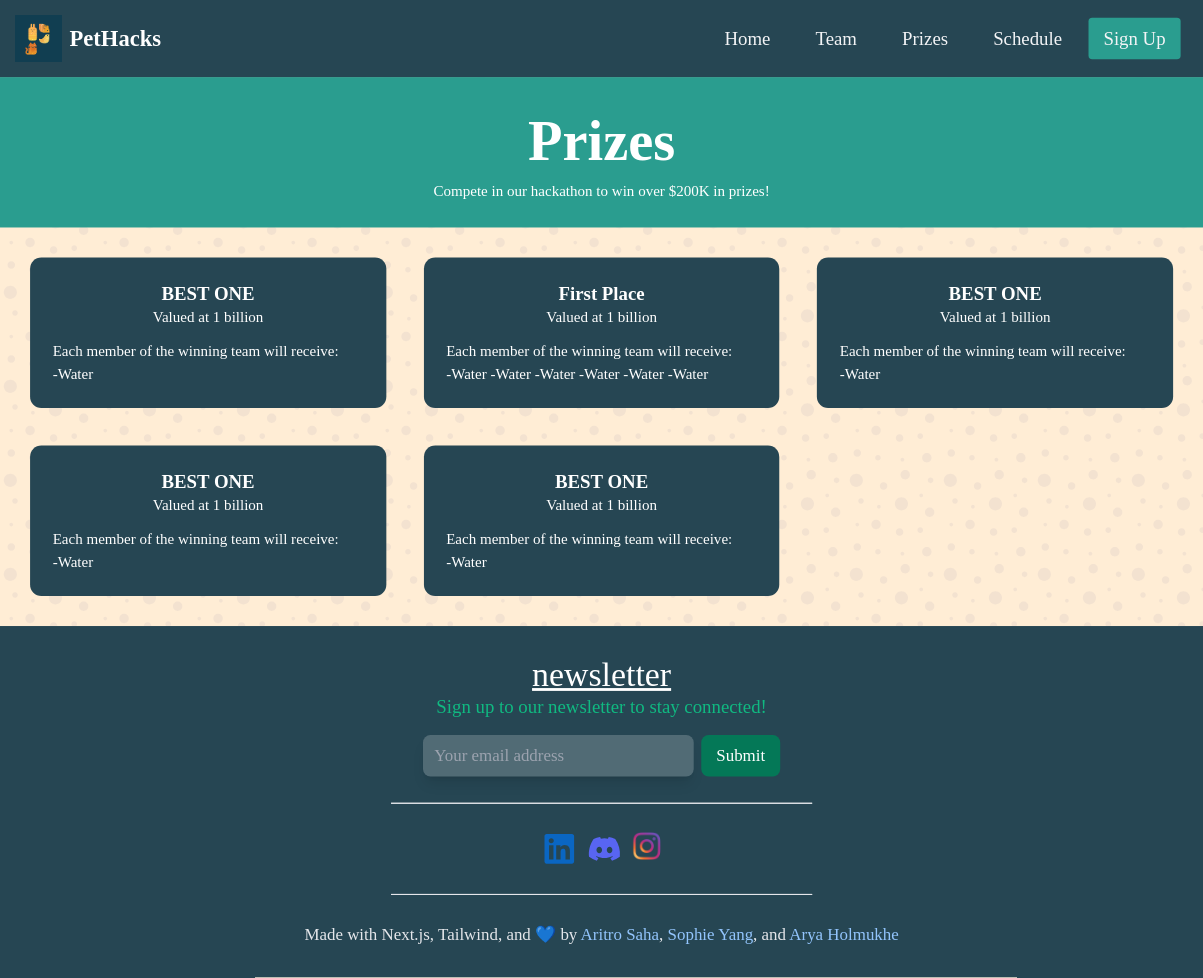
Repository: AritroSaha10/pethacks-website
Page: /prizes
The author's editor kept a copy of each file at every save. The page is drawn from the files as they stood at one save, then again after the next save.
The browser window is 1280 px wide. The pictures show the whole page, at 94% of full size.
Some web fonts or font styles are not loaded; a fallback is used. The project was rebuilt for these pictures with package versions that can differ from the ones it lists, and the page was loaded fresh each time. The framework's server and built-in components were replaced by stand-ins that run in the browser. Also part of the build but not shown: next.config.js.

Above is the page before, as saved 2022-09-10 09:57:00.

After the next save:
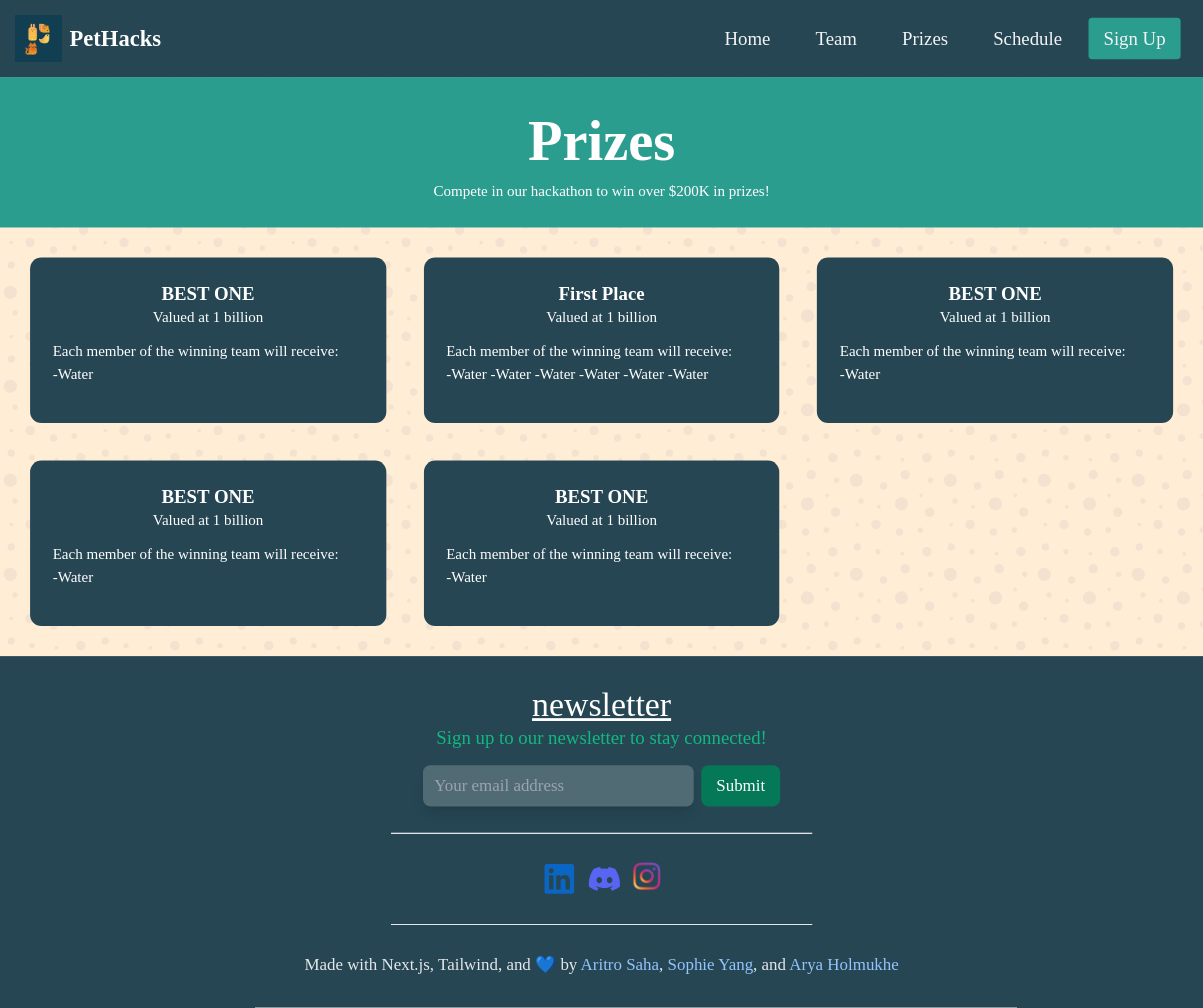
Saved 10 s later.
--- a/components/Prizes/Card.tsx
+++ b/components/Prizes/Card.tsx
@@ -4,7 +4,7 @@ import React from 'react';
 export default function Card ({title, valuation, info}: {title: string, valuation: string, info: string}) {
 
     return (
-        <div className="col-span-1 min-h-min p-6 m-5 pb-6 bg-pet-teal rounded-xl  text-white" >
+        <div className="col-span-1 min-h-min p-6 m-5 pb-10 bg-pet-teal rounded-xl  text-white" >
             <div className="text-center">
                 <h1 className="text-xl font-bold">{title}</h1>
                 <p className="pb-3">Valued at {valuation}</p>
